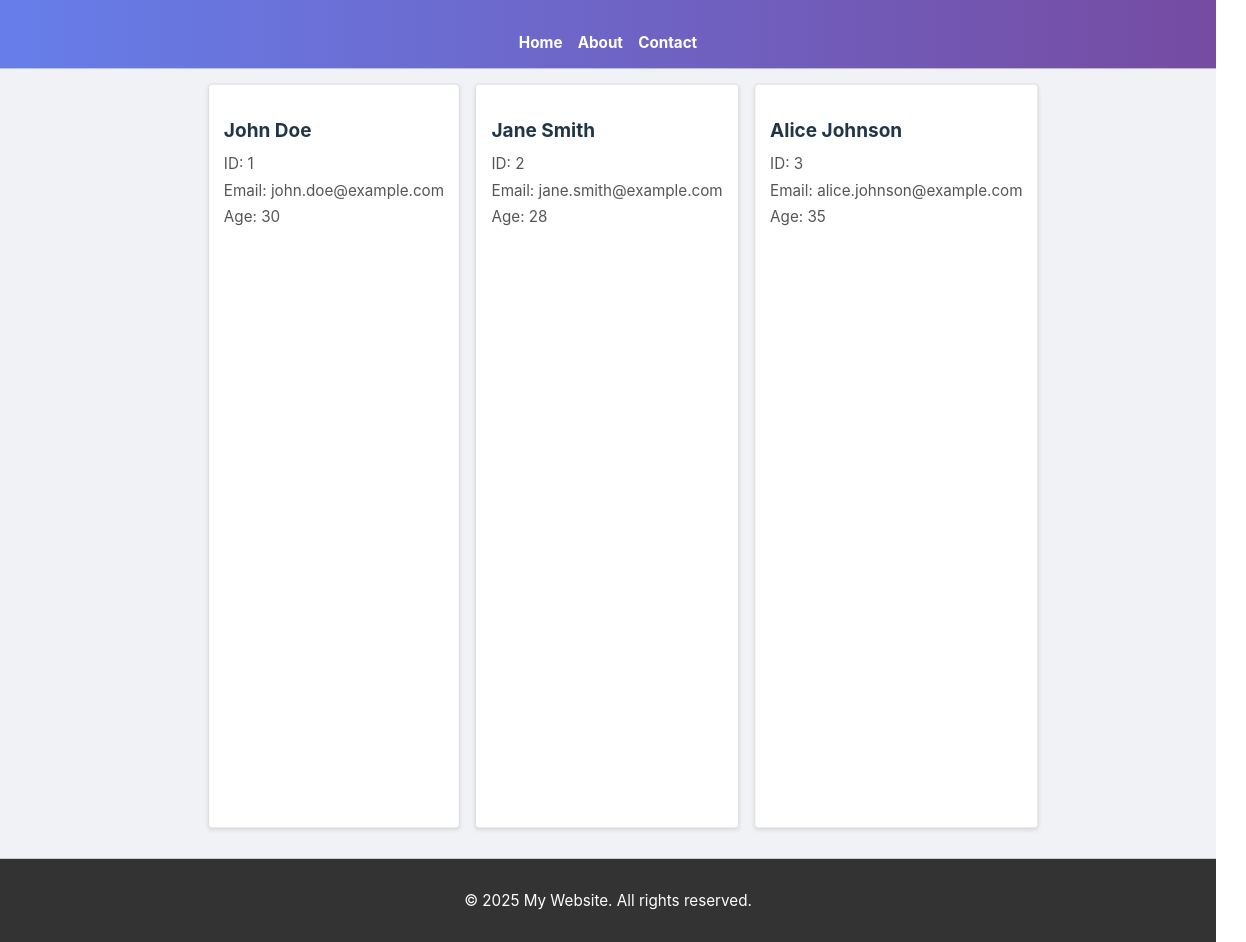
Repository: PhilLeGoff/first-react-page
Page: /
These files come from the project's save history. The page is drawn as it stood at one moment and after the next save; the edit follows.
The browser window is 1280 px wide. The page is 1312 px wide, so the pictures cover 1312 px, including what lies to the right of the window. The pictures show the whole page, at 95% of full size.
The project was rebuilt for these pictures with package versions that can differ from the ones it lists, and the page was loaded fresh each time. Also part of the build but not shown: vite.config.ts.

Above is the page before, as saved 2025-02-17 15:33:37.

After the next save:
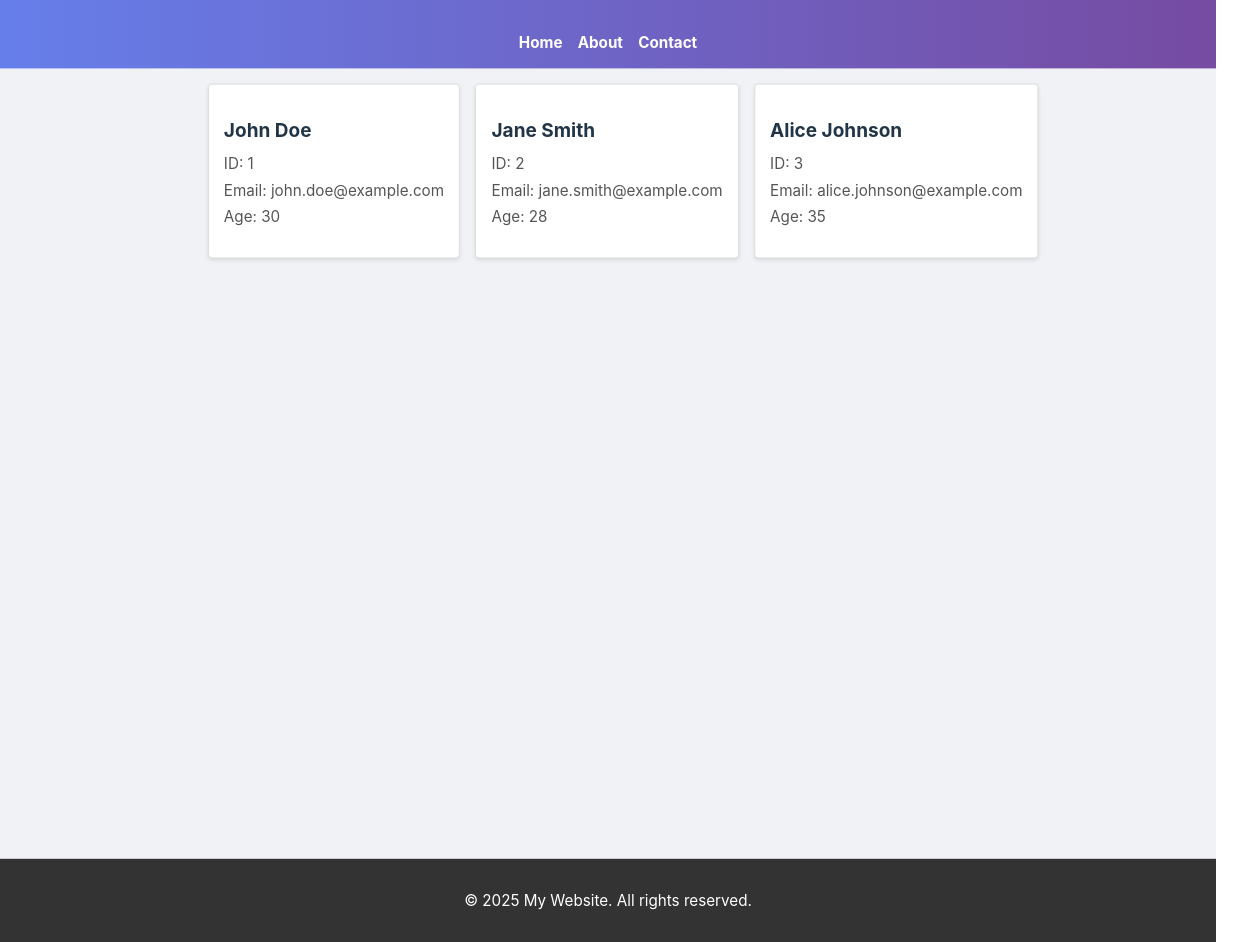
Saved 8 s later.
--- a/src/components/UserCard.css
+++ b/src/components/UserCard.css
@@ -8,7 +8,7 @@
   background-color: #fff;
   margin-bottom: 1rem;
   transition: transform 0.2s ease;
-  height: "150px"
+  height: 150px
 }
 
 .user-card:hover {
